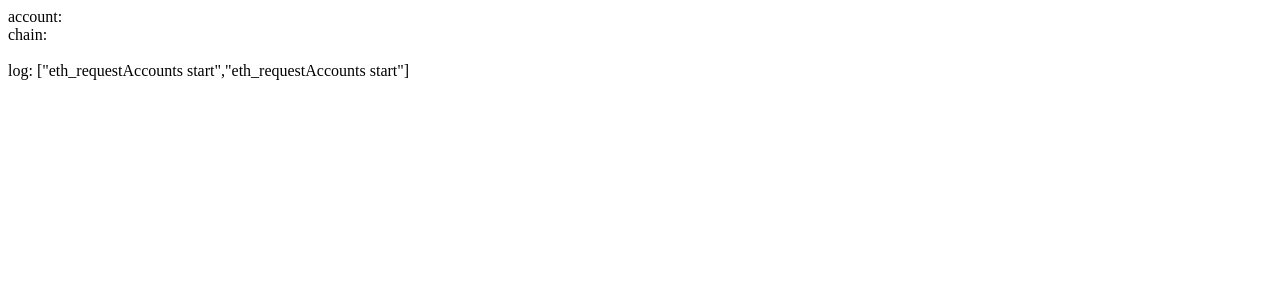
Repository: wenty22/trust-demo
Page: /
These files come from the project's save history. The page is drawn as it stood at one moment and after the next save; the edit follows.
The browser window is 1280 px wide. The pictures show the whole page.
The project was rebuilt for these pictures with package versions that can differ from the ones it lists, and the page was loaded fresh each time. Also part of the build but not shown: vite.config.ts.

Above is the page before, as saved 2023-09-12 10:43:21.
Console error: TypeError: Cannot read properties of undefined (reading 'request')

### src/App.tsx
import { useCallback, useEffect, useState } from "react"


const provider = (window as any).trustWallet

export default function App() {

  const [account, setAccount] = useState<any>()
  const [chain, setChain] = useState<any>()

  const [log, setLog] = useState<string[]>([])
  const addLog = useCallback((next: string) => {
    setLog((prev) => [...prev, next])
  }, [])


  useEffect(() => {
    const onUpdate = async () => {
      addLog('eth_requestAccounts start')
      const account = await provider.request({
        method: 'eth_requestAccounts',
      })
      addLog('eth_requestAccounts end')

      addLog('eth_chainId start')
      const chain = await provider.request({
        method: 'eth_chainId',
      })
      addLog('eth_chainId end')

      setAccount(account)
      setChain(chain)
    }

    onUpdate()
  }, [addLog])

  return <>
    <div>account: {JSON.stringify(account)}</div>
    <div>chain: {JSON.stringify(chain)}</div>
    <br />
    <div>log: {JSON.stringify(log)}</div>
  </>
}

Loaded but not shown: index.html (common file); src/main.tsx (common file)

After the next save:
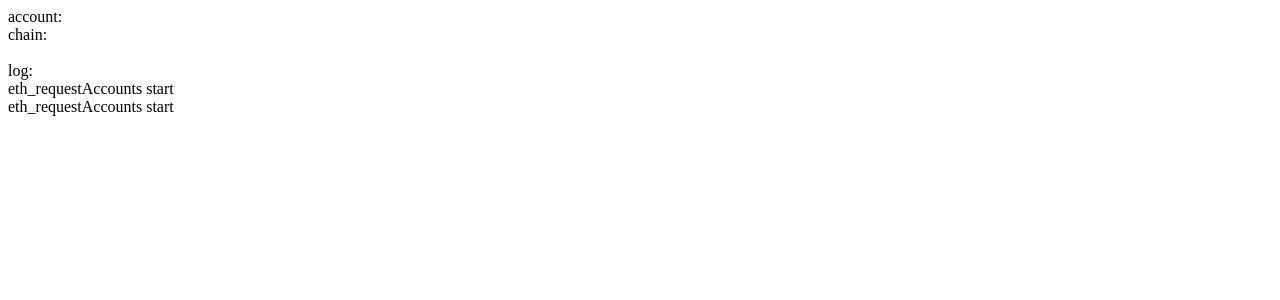
Saved 37 s later.
--- a/src/App.tsx
+++ b/src/App.tsx
@@ -39,6 +39,6 @@ export default function App() {
     <div>account: {JSON.stringify(account)}</div>
     <div>chain: {JSON.stringify(chain)}</div>
     <br />
-    <div>log: {JSON.stringify(log)}</div>
+    <div>log: {log.map((item, index) => <div key={index}>{item}</div>)}</div>
   </>
 }
